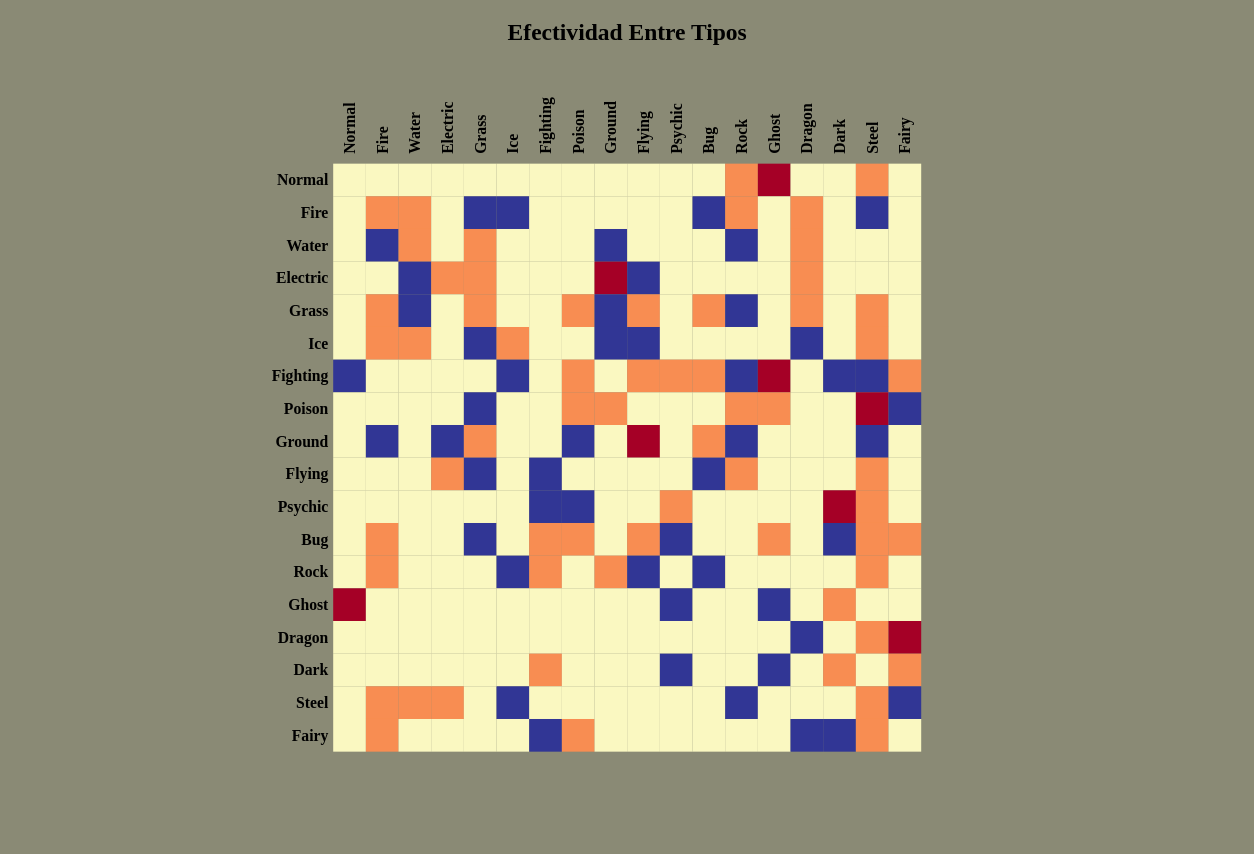
Repository: Cartterr/Proyecto-VisInfo
Page: Propuesta3_Mapa_Calor.html
These files come from the project's save history. The page is drawn as it stood at one moment and after the next save; the edit follows.
The browser window is 1280 px wide. The pictures show the whole page, at 98% of full size.

Above is the page before, as saved 2023-06-27 22:42:48.

After the next save:
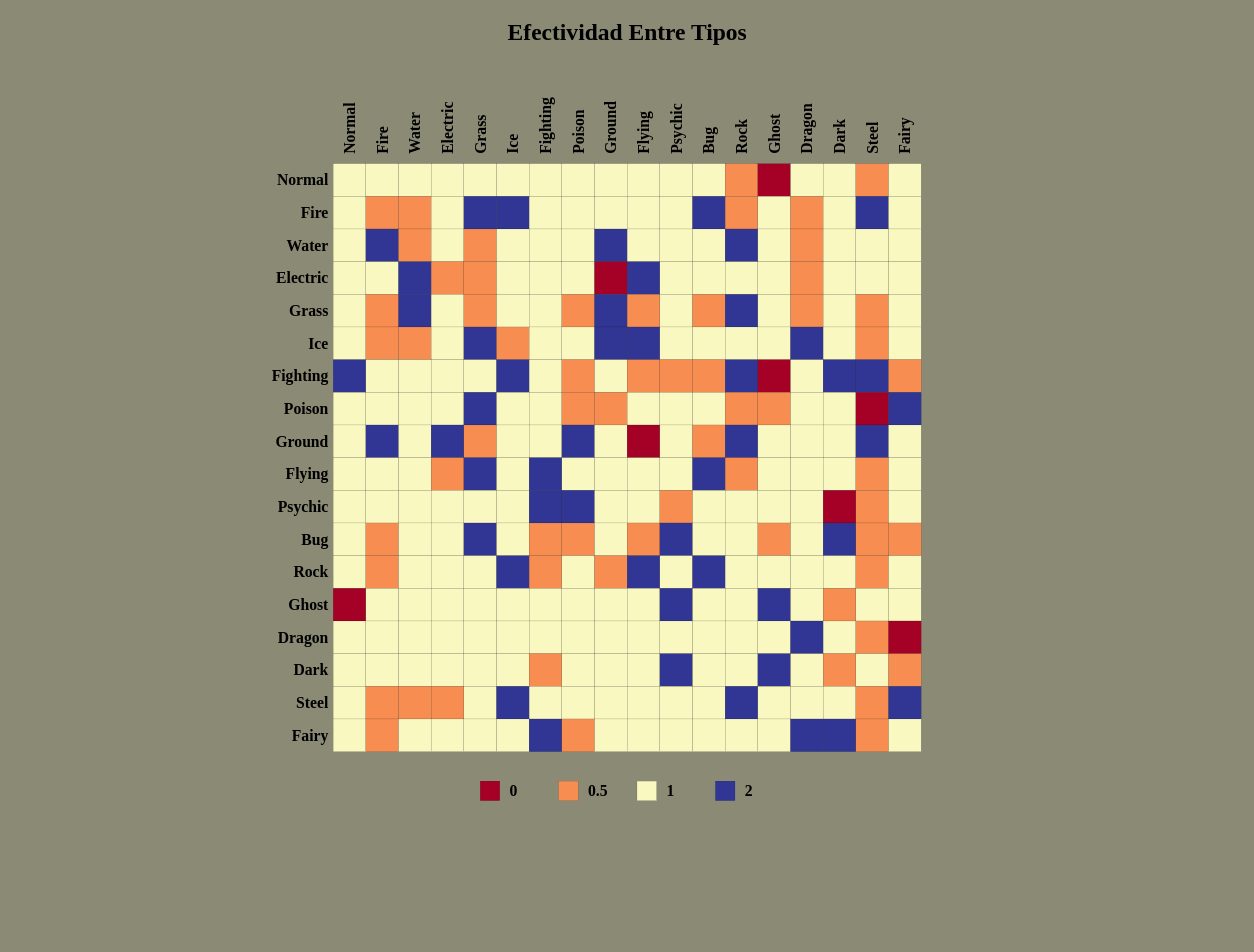
Saved 28 s later.
--- a/Propuesta3_Mapa_Calor.js
+++ b/Propuesta3_Mapa_Calor.js
@@ -1,5 +1,5 @@
 var svgWidth = 800;
-var svgHeight = 800;
+var svgHeight = 900;
 var chartWidth = 600;
 var chartHeight = 600;
 var cellPadding = 5;
@@ -17,7 +17,7 @@
               .attr("height", svgHeight);
 
   var chartX = (svgWidth - chartWidth) / 2;
-  var chartY = (svgHeight - chartHeight) / 2;
+  var chartY = (svgHeight - chartHeight - 100) / 2; // Reducir 100 para dejar espacio para la leyenda
 
   var chartGroup = svg.append("g")
                       .attr("transform", "translate(" + chartX + "," + chartY + ")");
@@ -35,19 +35,11 @@
        .attr("x", function(d, i) { return i * (chartWidth / types.length); })
        .attr("width", chartWidth / types.length)
        .attr("height", chartHeight / rows.length)
+       .style("stroke", "black")
+       .style("stroke-width", "0.1")
        .style("fill", function(d) { return colorScale(d.value); });
 
-  // Agrega etiquetas de texto sobre las celdas
-  // cells.selectAll("text")
-  //      .data(function(d) { return types.map(function(type) { return { type: type, value: +d[type] }; }); })
-  //      .enter()
-  //      .append("text")
-  //      .attr("x", function(d, i) { return (i + 0.5) * (chartWidth / types.length); })
-  //      .attr("y", (chartHeight / rows.length) / 2)
-  //      .attr("text-anchor", "middle")
-  //      .attr("dominant-baseline", "middle")
-  //      .attr("dy", "0.35em") // Ajusta la posición vertical del texto
-  //      .text(function(d) { return d.value; });
+
 
   chartGroup.selectAll(".row-label")
             .data(rows)
@@ -73,4 +65,34 @@
             .attr("dy", "0.35em")
             .attr("transform", function(d, i) { return "rotate(-90," + ((i + 0.5) * (chartWidth / types.length)) + "," + (-columnLabelPadding) + ")"; })
             .text(function(d) { return d; });
+
+  // Agregar leyenda
+  var legendX = chartX + chartWidth / 4;
+  var legendY = chartY + chartHeight + 30; // Ajustar posición vertical de la leyenda
+
+  var legend = svg.append("g")
+                  .attr("class", "legend")
+                  .attr("transform", "translate(" + legendX + "," + legendY + ")");
+
+  var legendItems = legend.selectAll(".legend-item")
+                          .data([0, 0.5, 1, 2])
+                          .enter()
+                          .append("g")
+                          .attr("class", "legend-item")
+                          .attr("transform", function(d, i) { return "translate(" + i * 80 + ", 0)"; });
+
+  legendItems.append("rect")
+             .attr("width", 20)
+             .attr("height", 20)
+             .style("stroke", "black")
+             .style("stroke-width", "0.1")
+             .attr("fill", function(d) { return colorScale(d); });
+
+  legendItems.append("text")
+             .attr("x", 30)
+             .attr("y", 15)
+             .attr("class", "row-label")
+             .attr("text-anchor", "start")
+             .attr("dominant-baseline", "auto")
+             .text(function(d) { return d; });
 });
